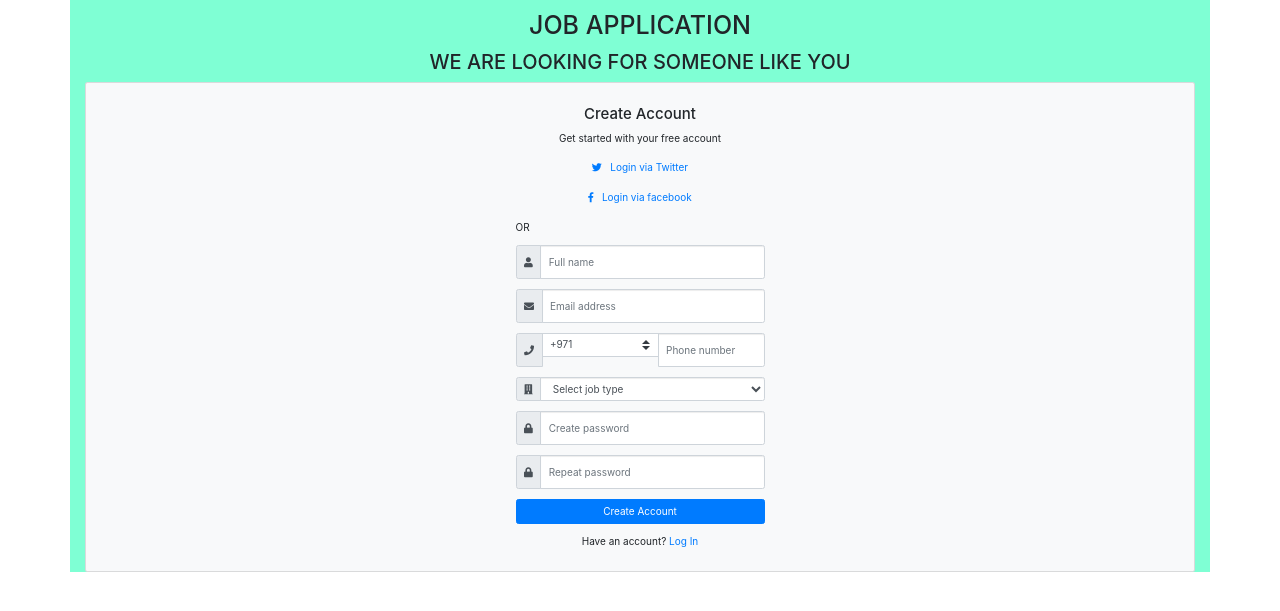
Repository: jenny241093/JS-Core
Page: 03.JSApplications/06.JSForFrontEndEx/skeleton/index.html
These files come from the project's save history. The page is drawn as it stood at one moment and after the next save; the edit follows.
The browser window is 1280 px wide. The pictures show the whole page.
Some web libraries are served in a nearby version.

Above is the page before, as saved 2019-04-01 15:05:59.

### 03.JSApplications/06.JSForFrontEndEx/skeleton/index.html
<!DOCTYPE html>
<html lang="en">

<head>
    <title>Bootstrap Example</title>
    <meta charset="utf-8">
    <meta name="viewport" content="width=device-width, initial-scale=1">
    <link rel="stylesheet" href="https://maxcdn.bootstrapcdn.com/bootstrap/3.4.0/css/bootstrap.min.css">
    <script src="https://ajax.googleapis.com/ajax/libs/jquery/3.3.1/jquery.min.js"></script>
    <script src="https://maxcdn.bootstrapcdn.com/bootstrap/3.4.0/js/bootstrap.min.js"></script>
</head>

<body>
    <link href="//maxcdn.bootstrapcdn.com/bootstrap/4.0.0/css/bootstrap.min.css" rel="stylesheet" id="bootstrap-css">
    <script src="//maxcdn.bootstrapcdn.com/bootstrap/4.0.0/js/bootstrap.min.js"></script>
    <script src="//cdnjs.cloudflare.com/ajax/libs/jquery/3.2.1/jquery.min.js"></script>
    <!------ Include the above in your HEAD tag ---------->

    <link rel="stylesheet" href="https://use.fontawesome.com/releases/v5.0.8/css/all.css">


    <div class="container" style="background-color:aquamarine">
        <h1 class="card-title mt-3 text-center">JOB APPLICATION</h1>
        <h2 class="card-title mt-3 text-center">WE ARE LOOKING FOR SOMEONE LIKE YOU</h2>
        <div class="card bg-light">
            <article class="card-body mx-auto" style="max-width: 400px;">
                <h4 class="card-title mt-3 text-center">Create Account</h4>
                <p class="text-center">Get started with your free account</p>
                <p>
                    <a href="" class="btn btn-block btn-twitter"> <i class="fab fa-twitter"></i>   Login via Twitter</a>
                    <a href="" class="btn btn-block btn-facebook"> <i class="fab fa-facebook-f"></i>   Login via facebook</a>
                </p>
                <p class="divider-text">
                    <span class="bg-light">OR</span>
                </p>
                <form>
                    <div class="form-group input-group">
                        <div class="input-group-prepend">
                            <span class="input-group-text"> <i class="fa fa-user"></i> </span>
                        </div>
                        <input name="" class="form-control" placeholder="Full name" type="text">
                    </div>
                    <!-- form-group// -->
                    <div class="form-group input-group">
                        <div class="input-group-prepend">
                            <span class="input-group-text"> <i class="fa fa-envelope"></i> </span>
                        </div>
                        <input name="" class="form-control" placeholder="Email address" type="email">
                    </div>
                    <!-- form-group// -->
                    <div class="form-group input-group">
                        <div class="input-group-prepend">
                            <span class="input-group-text"> <i class="fa fa-phone"></i> </span>
                        </div>
                        <select class="custom-select" style="max-width: 120px;">
                <option selected="">+971</option>
                <option value="1">+972</option>
                <option value="2">+198</option>
                <option value="3">+701</option>
            </select>
                        <input name="" class="form-control" placeholder="Phone number" type="text">
                    </div>
                    <!-- form-group// -->
                    <div class="form-group input-group">
                        <div class="input-group-prepend">
                            <span class="input-group-text"> <i class="fa fa-building"></i> </span>
                        </div>
                        <select class="form-control">
                <option selected=""> Select job type</option>
                <option>Designer</option>
                <option>Manager</option>
                <option>Accaunting</option>
            </select>
                    </div>
                    <!-- form-group end.// -->
                    <div class="form-group input-group">
                        <div class="input-group-prepend">
                            <span class="input-group-text"> <i class="fa fa-lock"></i> </span>
                        </div>
                        <input class="form-control" placeholder="Create password" type="password">
                    </div>
                    <!-- form-group// -->
                    <div class="form-group input-group">
                        <div class="input-group-prepend">
                            <span class="input-group-text"> <i class="fa fa-lock"></i> </span>
                        </div>
                        <input class="form-control" placeholder="Repeat password" type="password">
                    </div>
                    <!-- form-group// -->
                    <div class="form-group">
                        <button type="submit" class="btn btn-primary btn-block"> Create Account  </button>
                    </div>
                    <!-- form-group// -->
                    <p class="text-center">Have an account? <a href="">Log In</a> </p>
                </form>
            </article>
        </div>
        <!-- card.// -->

    </div>
    <!--container end.//-->

</body>

</html>

After the next save:
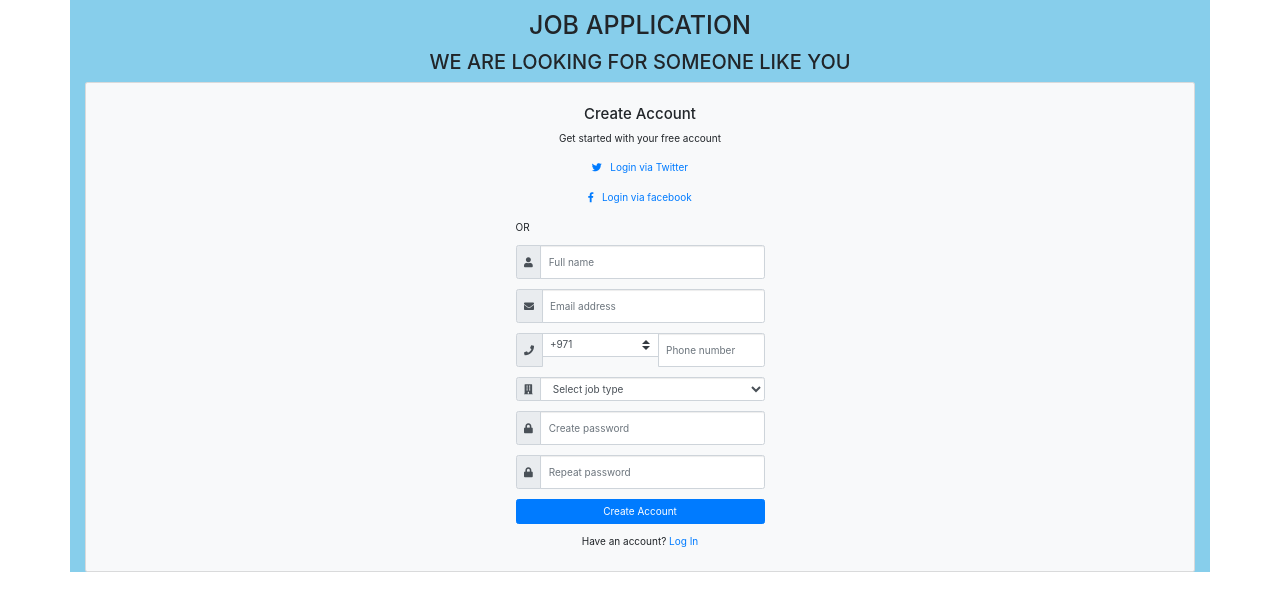
Saved 57 s later.
--- a/03.JSApplications/06.JSForFrontEndEx/skeleton/index.html
+++ b/03.JSApplications/06.JSForFrontEndEx/skeleton/index.html
@@ -19,7 +19,7 @@
     <link rel="stylesheet" href="https://use.fontawesome.com/releases/v5.0.8/css/all.css">
 
 
-    <div class="container" style="background-color:aquamarine">
+    <div class="container" style="background-color:skyblue">
         <h1 class="card-title mt-3 text-center">JOB APPLICATION</h1>
         <h2 class="card-title mt-3 text-center">WE ARE LOOKING FOR SOMEONE LIKE YOU</h2>
         <div class="card bg-light">
